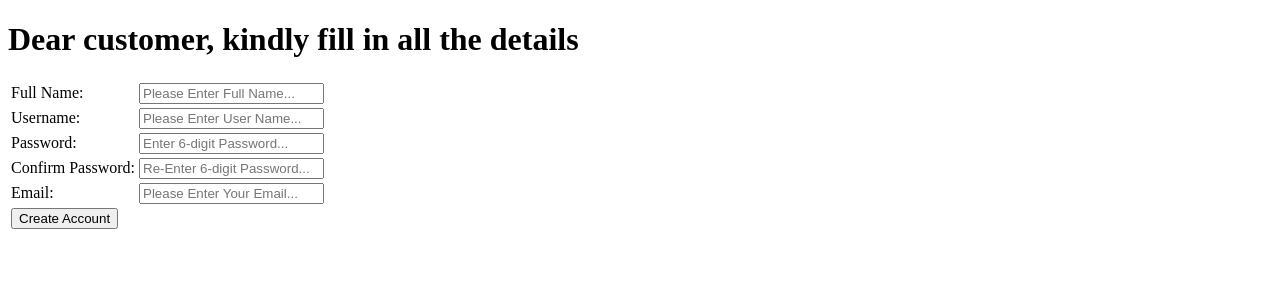
Repository: LingWenXing/java-fundamentals
Page: BankApplicationSystem/src/main/webapp/signUpFailure.html
An editor plug-in stored every save of this project. The page is shown before and after the next save, followed by the edit.
The browser window is 1280 px wide. The pictures show the whole page.

Above is the page before, as saved 2022-04-15 05:29:48.

### BankApplicationSystem/src/main/webapp/signUpFailure.html
<!DOCTYPE html>
<html>
<head>
<meta charset="ISO-8859-1">
<title>WHYK Bank | Singapore</title>
</head>
<body>
	<h1>Dear customer, kindly fill in all the details</h1>
	<form action="/BankApplicationSystem/SignUp">
		<table>
			<tr>
				<td>Full Name: </td>
				<td><input type="text" name="name" placeholder="Please Enter Full Name..." required></td>
			</tr>
			<tr>
				<td>Username: </td>
				<td><input type="text" name="username" placeholder="Please Enter User Name..." required></td>
			</tr>
			<tr>
				<td>Password: </td>
				<td><input type="password" name="password" maxlength='6' placeholder="Enter 6-digit Password..." required></td>
			</tr>
			<tr>
				<td>Confirm Password: </td>
				<td><input type="password" name="cpassword" maxlength='6' placeholder="Re-Enter 6-digit Password..." required></td>
			</tr>
			<tr>
				<td>Email: </td>
				<td><input type="text" name="email" placeholder="Please Enter Your Email..." required></td>
			</tr>
			<tr>
				<td><input type="submit" value="Create Account"></td>
			</tr>
		</table>
	</form>
</body>
</html>

After the next save:
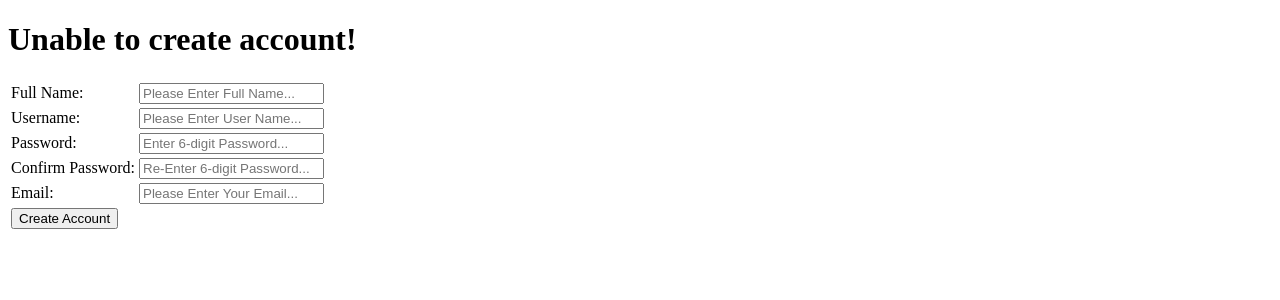
Saved 100 s later.
--- a/BankApplicationSystem/src/main/webapp/signUpFailure.html
+++ b/BankApplicationSystem/src/main/webapp/signUpFailure.html
@@ -5,7 +5,7 @@
 <title>WHYK Bank | Singapore</title>
 </head>
 <body>
-	<h1>Dear customer, kindly fill in all the details</h1>
+	<h1>Unable to create account!</h1>
 	<form action="/BankApplicationSystem/SignUp">
 		<table>
 			<tr>
